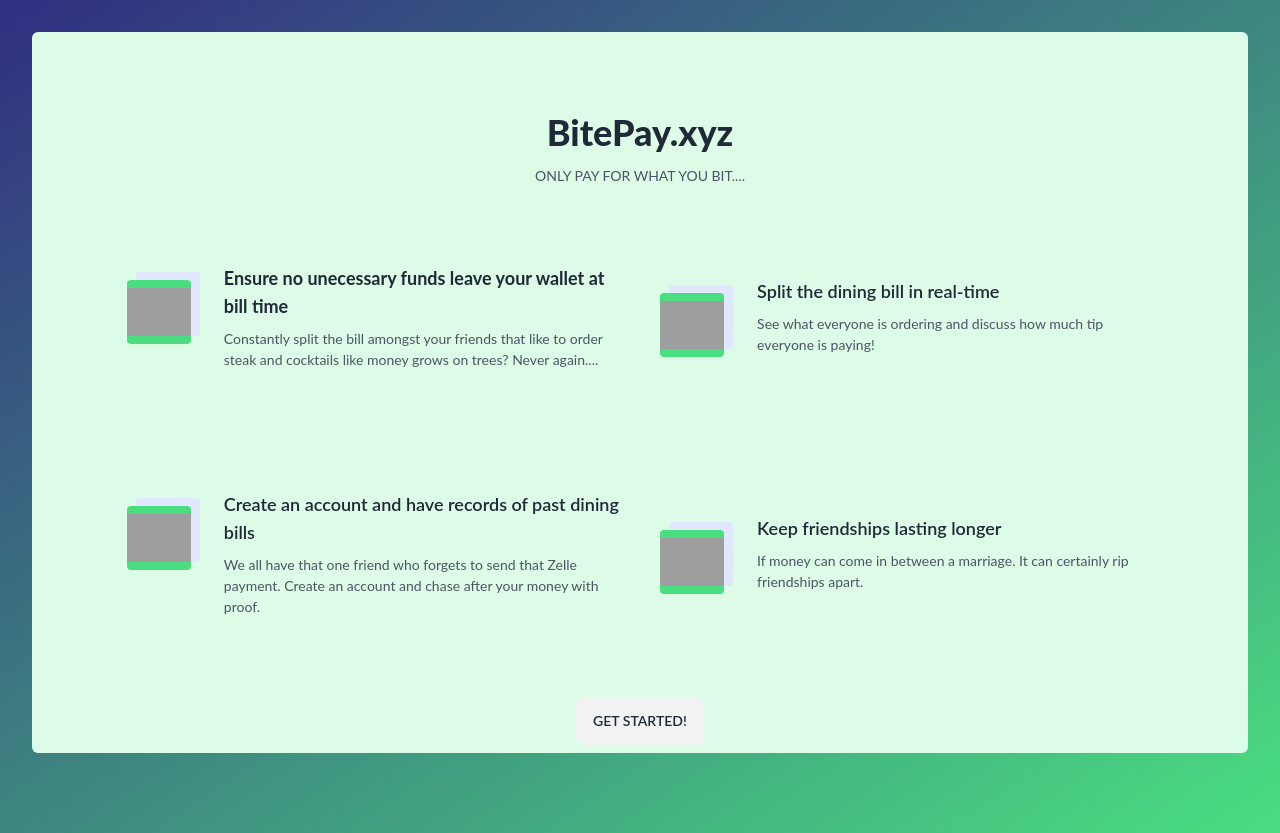
Repository: bitepay/bitepay-xyz
Page: /
An editor plug-in stored every save of this project. The page is shown before and after the next save, followed by the edit.
The browser window is 1280 px wide. The pictures show the whole page.
Pictures or frames that could not be fetched are drawn as grey boxes. The page's requests for data from a server got no answer. The project was rebuilt for these pictures with package versions that can differ from the ones it lists, and the page was loaded fresh each time. The framework's server and built-in components were replaced by stand-ins that run in the browser. No one was signed in, and anything a server would have sent is missing. Also part of the build but not shown: next.config.js.

Above is the page before, as saved 2023-07-16 09:20:35.

### src/pages/_app.js
import '@/styles/globals.css';
import { UserSocketProvider } from '@/context/UserSocketContext';
import { Analytics } from '@vercel/analytics/react';


export default function App({ Component, pageProps }) {


  return (
    <UserSocketProvider>
      <Component {...pageProps} />
      <Analytics />
    </UserSocketProvider>
  )
}

### src/pages/index.js
/* eslint-disable @next/next/no-img-element */
import Head from "next/head";

import { Inter } from 'next/font/google'

import { JoinTable } from '@/components/JoinTable'

const inter = Inter({ subsets: ['latin'] })

export default function Home() {

  return (
    <>
      <Head>
        <title>BitePay - Home</title>
        <meta name="description" content="The fastest and easiest way to divvy up the dining bill between your friends."></meta>
      </Head>
      <main
        className={`flex min-h-screen flex-col items-center justify-between p-2 md:p-8 ${inter.className} bg-gradient-to-tl from-green-400 to-indigo-900`}
      >
        <div className="pb-12" style={{ fontFamily: '"Lato", sans-serif' }}>

          <section className="max-w-8xl mx-auto container bg-green-100 rounded-md pt-16">
            <div>
              <div role="contentinfo" className="flex items-center flex-col px-4 justify-center">
                <h1 tabIndex={0} className="focus:outline-none text-4xl lg:text-4xl font-extrabold text-center leading-10 text-gray-800 lg:w-5/12 md:w-9/12 p-4">BitePay.xyz</h1>
                <p tabIndex={0} className="focus:outline-none uppercase text-sm text-center text-gray-600 leading-4">Only pay for what you bit....</p>
              </div>
              <div tabIndex={0} aria-label="group of cards" className="focus:outline-none mt-20 flex flex-wrap justify-center gap-10 px-4 items-center">
                <div tabIndex={0} aria-label="card 1" className="focus:outline-none flex sm:w-full md:w-5/12 pb-20">
                  <div className="w-20 h-20 relative mr-5">
                    <div className="absolute top-0 right-0 bg-indigo-100 rounded w-16 h-16 mt-2 mr-1" />
                    <div className="absolute text-white bottom-0 left-0 bg-green-400 rounded w-16 h-16 flex items-center justify-center mt-2 mr-3">
                      <img src="https://tuk-cdn.s3.amazonaws.com/can-uploader/icon_and_text-SVG1.svg" alt="drawer" />
                    </div>
                  </div>
                  <div className="w-10/12">
                    <h2 tabIndex={0} className="focus:outline-none text-md md:text-lg font-bold leading-tight text-gray-800">Ensure no unecessary funds leave your wallet at bill time</h2>
                    <p tabIndex={0} className="focus:outline-none text-sm md:text-md text-gray-600 leading-normal pt-2">Constantly split the bill amongst your friends that like to order steak and cocktails like money grows on trees? Never again....</p>
                  </div>
                </div>
                <div tabIndex={0} aria-label="card 2" className="focus:outline-none flex sm:w-full md:w-5/12 pb-20">
                  <div className="w-20 h-20 relative mr-5">
                    <div className="absolute top-0 right-0 bg-indigo-100 rounded w-16 h-16 mt-2 mr-1" />
                    <div className="absolute text-white bottom-0 left-0 bg-green-400 rounded w-16 h-16 flex items-center justify-center mt-2 mr-3">
                      <img src="https://tuk-cdn.s3.amazonaws.com/can-uploader/icon_and_text-SVG2.svg" alt="check" />
                    </div>
                  </div>
                  <div className="w-10/12">
                    <h2 tabIndex={0} className="focus:outline-none text-md md:text-lg font-semibold leading-tight text-gray-800">Split the dining bill in real-time</h2>
                    <p tabIndex={0} className="focus:outline-none text-sm md:text-md text-gray-600 leading-normal pt-2">See what everyone is ordering and discuss how much tip everyone is paying!</p>
                  </div>
                </div>
                <div tabIndex={0} aria-label="card 3" className="focus:outline-none flex sm:w-full md:w-5/12 pb-20">
                  <div className="w-20 h-20 relative mr-5">
                    <div className="absolute top-0 right-0 bg-indigo-100 rounded w-16 h-16 mt-2 mr-1" />
                    <div className="absolute text-white bottom-0 left-0 bg-green-400 rounded w-16 h-16 flex items-center justify-center mt-2 mr-3">
                      <img src="https://tuk-cdn.s3.amazonaws.com/can-uploader/icon_and_text-SVG3.svg" alt="html tag" />
                    </div>
                  </div>
                  <div className="w-10/12">
                    <h2 tabIndex={0} className="focus:outline-none text-md md:text-lg font-semibold leading-tight text-gray-800">Create an account and have records of past dining bills</h2>
                    <p tabIndex={0} className="focus:outline-none text-sm md:text-md text-gray-600 leading-normal pt-2">We all have that one friend who forgets to send that Zelle payment. Create an account and chase after your money with proof.</p>
                  </div>
                </div>
                <div tabIndex={0} aria-label="card 4" className="focus:outline-none flex sm:w-full md:w-5/12 pb-20">
                  <div className="w-20 h-20 relative mr-5">
                    <div className="absolute top-0 right-0 bg-indigo-100 rounded w-16 h-16 mt-2 mr-1" />
                    <div className="absolute text-white bottom-0 left-0 bg-green-400 rounded w-16 h-16 flex items-center justify-center mt-2 mr-3">
                      <img src="https://tuk-cdn.s3.amazonaws.com/can-uploader/icon_and_text-SVG4.svg" alt="monitor" />
                    </div>
                  </div>
                  <div className="w-10/12">
                    <h2 tabIndex={0} className="focus:outline-none text-md md:text-lg font-semibold leading-tight text-gray-800">Keep friendships lasting longer</h2>
                    <p tabIndex={0} className="focus:outline-none text-sm md:text-md text-gray-600 leading-normal pt-2">If money can come in between a marriage. It can certainly rip friendships apart.</p>
                  </div>
                </div>
              </div>
              <div className="flex justify-center pb-2">
                <JoinTable />
              </div>
            </div>
          </section>
        </div>
      </main>
    </>
  )
}

### src/context/UserSocketContext.js
"use client"
import React, { createContext, useEffect, useState, useContext } from 'react'
import { io } from 'socket.io-client'

// Create a new context
const UserSocketContext = createContext({})

// Custom context provider component
export const UserSocketProvider = ({ children }) => {

  const [socket, setSocket] = useState(null)

  const [user, setUser] = useState({
    id: '',
    username: '',
    tableID: 0,
    myItems: [],
    tip: 15,
    total: 0,
    status: 'PROCESSING',
  })

  const [tableMembers, setTableMembers] = useState([]);

  // Establish the Socket.IO connection when the component mounts
  useEffect(() => {

    const socket = io('https://socket.bitepay.xyz', {
      transports: ['websocket'],
      closeOnBeforeunload: false,
      withCredentials: true,
    })

    setSocket(socket)

    socket.on('connect', () => {
      console.log('Successfully connected to the ws server!')
    })

    // set user id to the websocket id
    socket.on('setId', (data) => setUser((prevUser) => {
      prevUser.id = data
      return prevUser;
    }));

    // listen to events from ws server regarding members of the table
    socket.on('tableMembers', (data) => setTableMembers((prevTableMembers) => { return [...data.slice()] }));

    // listen to events from ws server regarding updates to tableMembers
    socket.on('tableMemberUpdate', (data) => {

      if (data.id === user.id) {
        setUser((prevUser) => {
          prevUser.myItems = data.myItems;
          prevUser.tip = data.tip;
          prevUser.total = data.total;
          prevUser.status = data.status;
          return prevUser;
        })
      }

      setTableMembers((prevTableMembers) => {
        return prevTableMembers.map((member) => {
          if (member.id === data.id) {
            member.myItems = data.myItems
            member.tip = data.tip
            member.total = data.total
            member.status = data.status
            return member
          } else {
            return member
          }
        })
      })
    });

    // listen to events from ws server regarding members leaving the table
    socket.on('userLeft', (data) => {
      setTableMembers((prevTableMembers) => {
        return prevTableMembers.filter((member) => {
          return member.id !== data.id
        })
      })
    });

    socket.on('disconnect', () => {
      console.log('Disconnected from the ws server!')
      alert('Your real-time connection was interrupted. Please make sure you have are connected to a reliable network before re-joining your friends.')
      window.location.replace('/disconnected')
    })

    // Clean up the socket connection when the component unmounts
    return () => {
      socket.off('connect')
      socket.off('setId')
      socket.off('tableMembers')
      socket.off('tableMemberUpdate')
      socket.off('userLeft')
      socket.disconnect()
    }
  }, [user.id])

  // Provide the socket object to the child components
  return (
    <UserSocketContext.Provider value={{socket, user, setUser, tableMembers, setTableMembers}}>
      {children}
    </UserSocketContext.Provider>
  );
};

// Export the SocketContext
export default UserSocketContext

// Export a custom hook that can be used to consume this context
export const useUserSocketContext = () => useContext(UserSocketContext);

### src/components/JoinTable.jsx
"use client"

/* eslint-disable @next/next/no-img-element */
import { useRouter } from 'next/router'
import { useUserSocketContext } from '@/context/UserSocketContext'

export const JoinTable = () => {
  const router = useRouter()

  const { user, setUser } = useUserSocketContext()
  // console.log(`Current user object: ${JSON.stringify(user)}`)

  const handleInput = (e) => {
    if (e.target.id == "userName") {
      setUser((prevUser) => ({ ...prevUser, username: e.target.value }))
      // console.log(`userName: ${JSON.stringify(user.username)}`)
    } else if (e.target.id == "tableID") {
      setUser((prevUser) => ({ ...prevUser, tableID: e.target.value }))
      // console.log(`userName: ${JSON.stringify(user.tableID)}`)
    }
  }

  const handleSubmit = (e) => {
    e.preventDefault();
    router.push(`/table`);
  };

  const generateUID = (e) => {
    e.preventDefault()
    let UID = Math.ceil(Math.random()*1000000000)
    setUser({...user, tableID: UID});
  }

  return (
    <>
      <button className="btn mx-auto" onClick={()=>window.my_modal_5.showModal()}>GET STARTED!</button>
      <dialog id="my_modal_5" className="modal modal-bottom sm:modal-middle">
        <form method="dialog" className="modal-box">
          <h3 className="font-bold text-lg text-center">Join your mates or create a new table!</h3>
          <div className="flex flex-col">
            <div className="form-control">
              <label className="label">
                <span className="label-text">Have your mates know who you are. It helps with the app&apos;s proprietary honor system!</span>
              </label>
              <label className="input-group">
                <span>Name</span>
                <input id="userName" type="text" placeholder="Don't be that guy" value={user.username} className="input input-bordered" onChange={(e) => handleInput(e)}/>
              </label>
              <label className="label">
                <span className="label-text">Provide the tableID your friends are in or generate a new tableID using the green button below!</span>
              </label>
              <label className="input-group">
                <span>Table ID</span>
                <input id="tableID" type="number" placeholder="0000000" className="input input-bordered" value={user.tableID} onChange={(e) => handleInput(e)}/>
                <button className="btn btn-square" onClick={generateUID}>
                  <img width="48" height="48" src="https://img.icons8.com/fluency/48/connection-sync.png" alt="connection-sync"/>
                </button>
              </label>
            </div>
          </div>
          <div className="modal-action">
            <button className="btn" onClick={handleSubmit}>JOIN!</button>
            <button className="btn">Close</button>
          </div>
        </form>
      </dialog>
    </>
  )
}

### tailwind.config.js
/** @type {import('tailwindcss').Config} */
module.exports = {
  content: [
    './src/pages/**/*.{js,ts,jsx,tsx,mdx}',
    './src/components/**/*.{js,ts,jsx,tsx,mdx}',
    './src/app/**/*.{js,ts,jsx,tsx,mdx}',
  ],
  theme: {
    extend: {
      backgroundImage: {
        'gradient-radial': 'radial-gradient(var(--tw-gradient-stops))',
        'gradient-conic':
          'conic-gradient(from 180deg at 50% 50%, var(--tw-gradient-stops))',
      },
    },
  },
  daisyui: {
    themes: [
      "light",
      "dark"
    ],
  },
  plugins: [require("daisyui")],
}

Loaded but not shown: src/pages/_document.js (common file); src/styles/globals.css (common file)

After the next save:
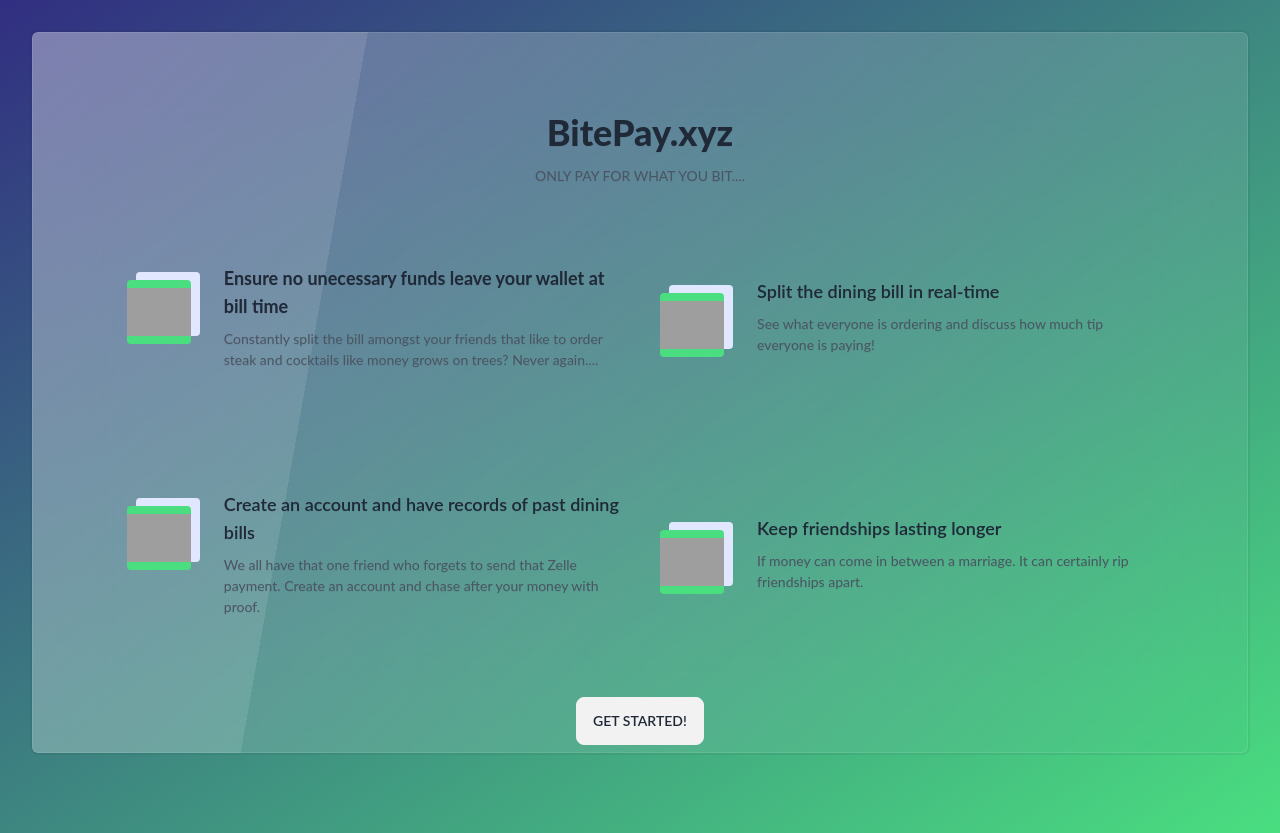
Saved 24 s later.
--- a/src/pages/index.js
+++ b/src/pages/index.js
@@ -20,7 +20,7 @@
       >
         <div className="pb-12" style={{ fontFamily: '"Lato", sans-serif' }}>
 
-          <section className="max-w-8xl mx-auto container bg-green-100 rounded-md pt-16">
+          <section className="max-w-8xl mx-auto container glass rounded-md pt-16">
             <div>
               <div role="contentinfo" className="flex items-center flex-col px-4 justify-center">
                 <h1 tabIndex={0} className="focus:outline-none text-4xl lg:text-4xl font-extrabold text-center leading-10 text-gray-800 lg:w-5/12 md:w-9/12 p-4">BitePay.xyz</h1>
